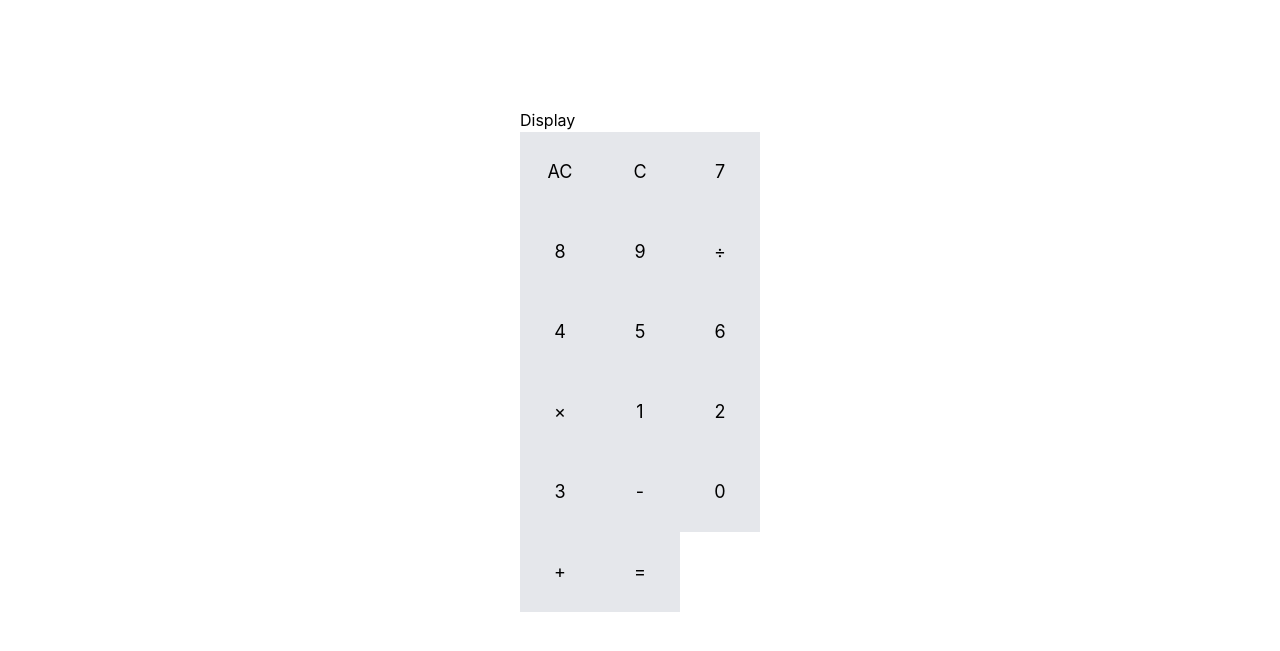
Repository: BrianPhamDev/calculator_app
Page: /
The author's editor kept a copy of each file at every save. The page is drawn from the files as they stood at one save, then again after a run of saves.
The browser window is 1280 px wide. The pictures show the whole page.
The project was rebuilt for these pictures with package versions that can differ from the ones it lists, and the page was loaded fresh each time. Also part of the build but not shown: vite.config.js.

Above is the page before, as saved 2024-01-09 14:24:07.

### src/App.jsx
import Calculator from "./components/Calculator";

function App() {
  return (
    <>
      <div className="flex items-center justify-center w-screen h-screen">
        <Calculator></Calculator>
      </div>
    </>
  );
}

export default App;

### src/components/Calculator.jsx
import { calculatorButtons } from "../globals/calculator-button-data";

const Calculator = () => {
  const specialClasses = {
    ac: "grid-rows-2",
  };
  return (
    <div className="">
      <h1>Display</h1>
      <div className="grid grid-cols-3">
        {calculatorButtons.map((button) => {
          return (
            <div
              key={button.className}
              className={`bg-gray-200 flex items-center justify-center w-20 h-20 hover:bg-slate-300 text-lg ${
                specialClasses[button.className] || ""
              }`}
            >
              {button.text}
            </div>
          );
        })}
      </div>
    </div>
  );
};

export default Calculator;

### src/globals/calculator-button-data.js
export const calculatorButtons = [
  {
    type: "clear",
    className: "ac",
    text: "AC",
    value: "All Clear",
  },
  {
    type: "clear",
    className: "c",
    text: "C",
    value: "Clear",
  },
  {
    type: "number",
    className: "seven",
    text: 7,
    value: 7,
  },
  {
    type: "number",
    className: "eight",
    text: 8,
    value: 8,
  },
  {
    type: "number",
    className: "nine",
    text: 9,
    value: 9,
  },
  {
    type: "operator",
    className: "divide",
    text: "\u00f7",
    value: "Divide",
  },
  {
    type: "number",
    className: "four",
    text: 4,
    value: 4,
  },
  {
    type: "number",
    className: "five",
    text: 5,
    value: 5,
  },
  {
    type: "number",
    className: "six",
    text: 6,
    value: 6,
  },
  {
    type: "operator",
    className: "multiply",
    text: "\u00d7",
    value: "Multiply",
  },
  {
    type: "number",
    className: "one",
    text: 1,
    value: 1,
  },
  {
    type: "number",
    className: "two",
    text: 2,
    value: 2,
  },
  {
    type: "number",
    className: "three",
    text: 3,
    value: 3,
  },
  {
    type: "operator",
    className: "subtract",
    text: "-",
    value: "Subtract",
  },
  {
    type: "number",
    className: "zero",
    text: 0,
    value: 0,
  },
  {
    type: "operator",
    className: "add",
    text: "+",
    value: "Add",
  },
  {
    type: "enter",
    className: "equal",
    text: "=",
    value: "Equal",
  },
];

Loaded but not shown: index.html (common file); src/main.jsx (common file); src/index.css (common file); tailwind.config.js (common file)

After the next 2 saves:
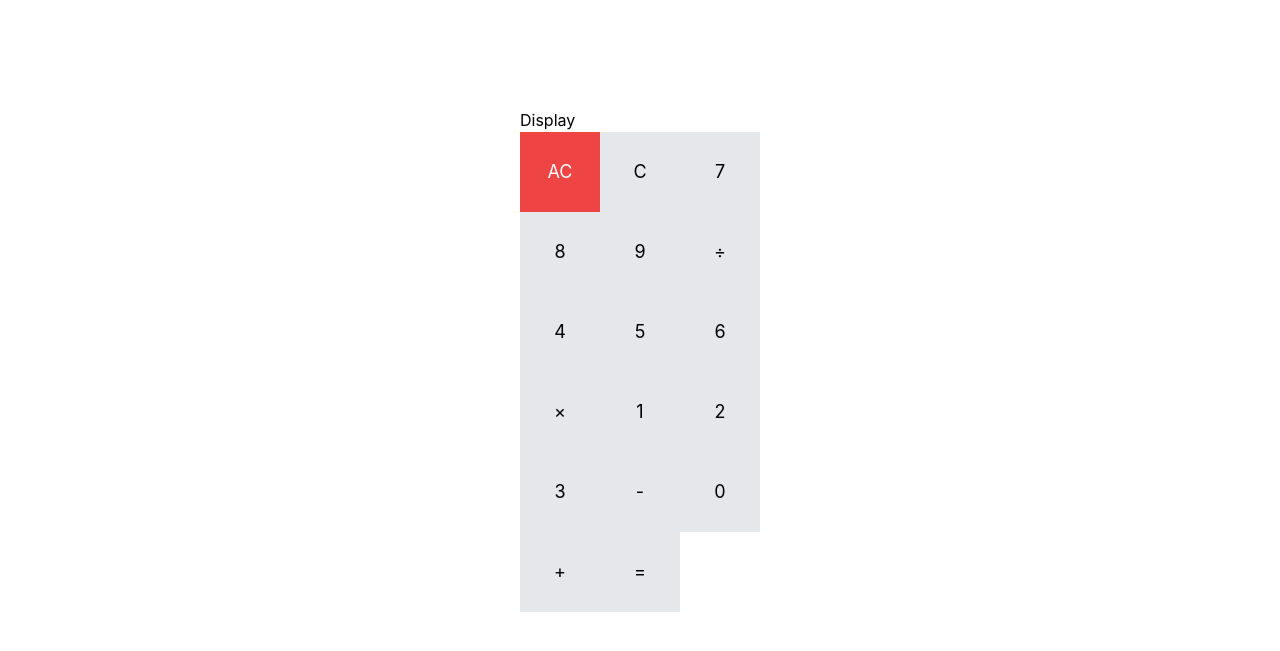
The 2 saves are shown as one change because they came seconds apart.
The last was saved 41 s later.
--- a/src/components/Calculator.jsx
+++ b/src/components/Calculator.jsx
@@ -2,7 +2,7 @@ import { calculatorButtons } from "../globals/calculator-button-data";
 
 const Calculator = () => {
   const specialClasses = {
-    ac: "grid-rows-2",
+    ac: "grid-rows-2 bg-red-500 text-white",
   };
   return (
     <div className="">
